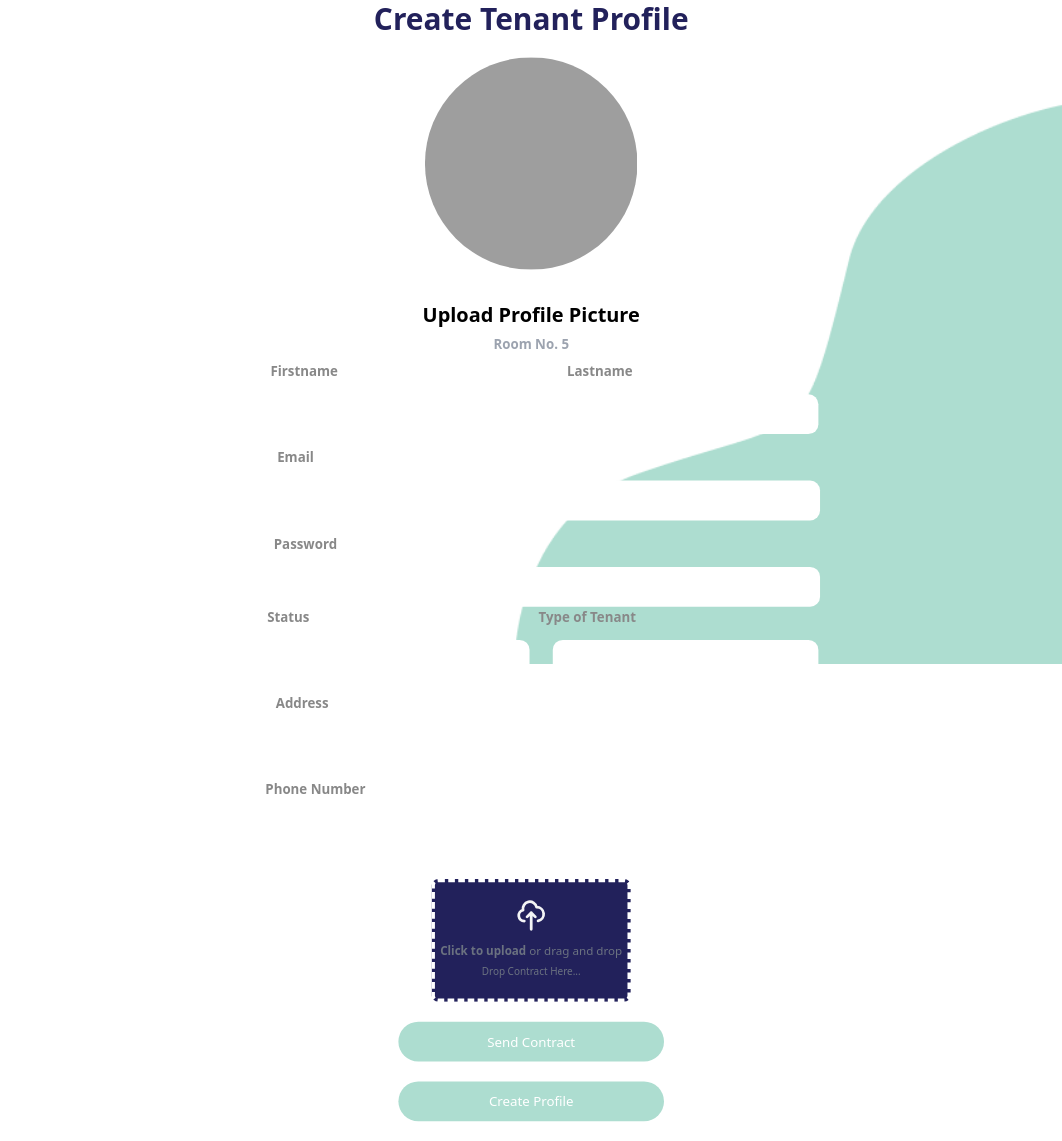
Repository: theamgri/Dormitory-Management-System
Page: createprofile.html
The author's editor kept a copy of each file at every save. The page is drawn from the files as they stood at one save, then again after a run of saves.
The browser window is 1280 px wide. The pictures show the whole page, at 83% of full size.
Pictures or frames that could not be fetched are drawn as grey boxes. Some web libraries are served in a nearby version.

Above is the page before, as saved 2023-01-11 22:56:31.

After the next 2 saves:
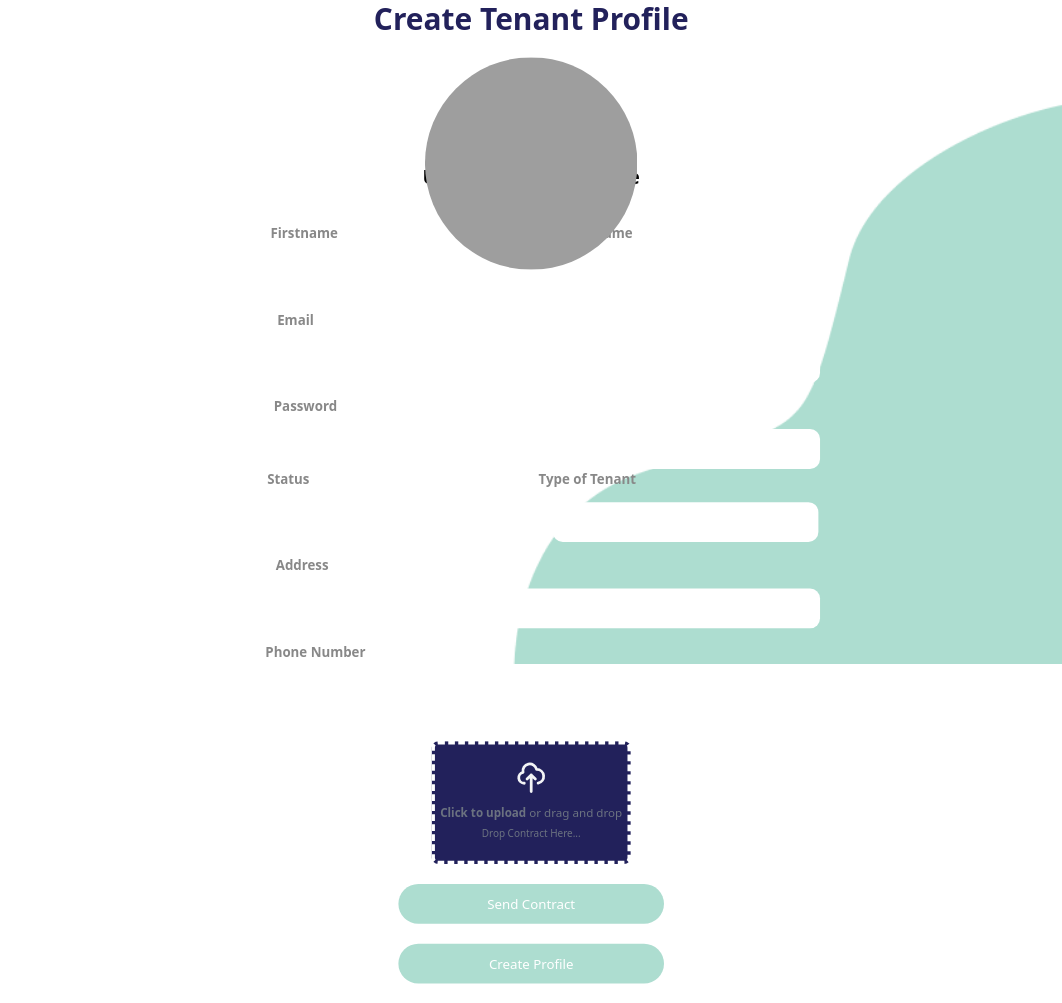
The 2 saves are shown as one change because they came seconds apart.
The last was saved 33 s later.
--- a/createprofile.html
+++ b/createprofile.html
@@ -30,7 +30,7 @@
 
           </div>
           <form style="float:center">
-          <div style="text-align: center; margin-top: 23%">
+          <div style="text-align: center; margin-top: 10%">
             <h1 class="font-bold text-2xl">Upload Profile Picture</h1>
             <h1 class="font-bold text-gray-400 py-2">Room No. 5</h1>
 
